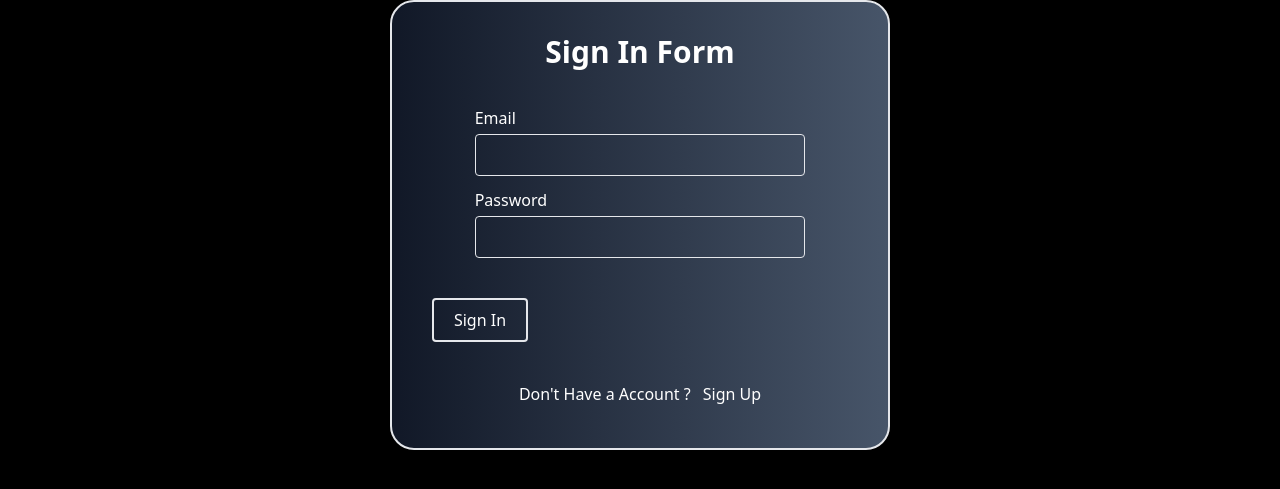
Repository: OmkarTidke8080/Assessment
Page: /sign-in (app in frontend/)
These files come from the project's save history. The page is drawn as it stood at one moment and after a run of saves; the edit follows.
The browser window is 1280 px wide. The pictures show the whole page.
The project was rebuilt for these pictures with package versions that can differ from the ones it lists, and the page was loaded fresh each time. Also part of the build but not shown: frontend/vite.config.js, frontend/src/components/HomePage.jsx, frontend/src/components/SignUp.jsx.

Above is the page before, as saved 2024-10-19 22:26:08.

After the next 3 saves:
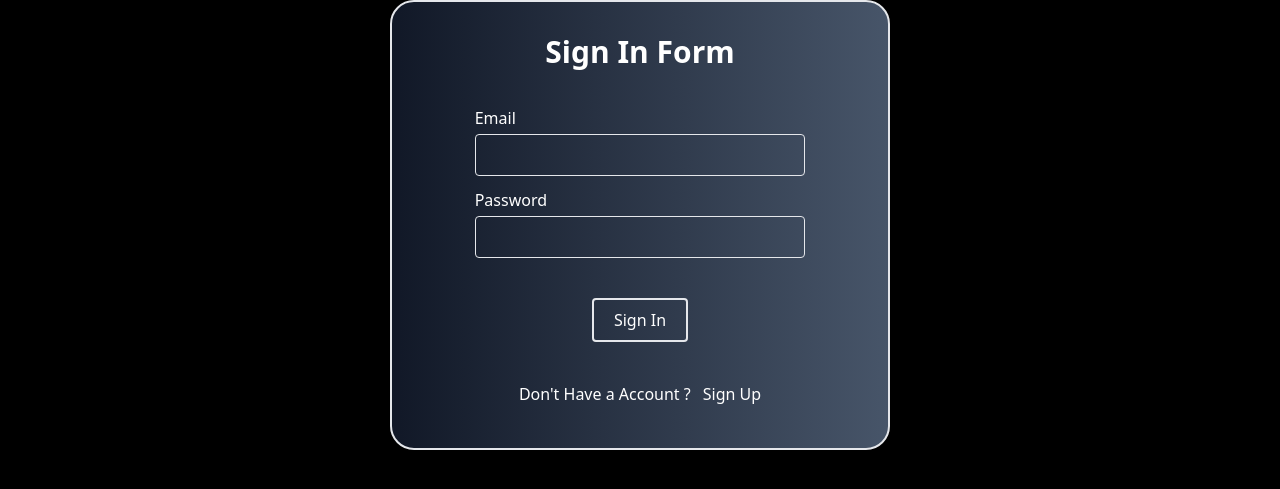
The 3 saves are shown as one change because they came seconds apart.
The last was saved 27 s later.
--- a/frontend/src/components/SignIn.jsx
+++ b/frontend/src/components/SignIn.jsx
@@ -38,7 +38,7 @@ function SignIn() {
                 </div>
               </div>
 
-              <div className="sign-up-button m-10">
+              <div className="sign-up-button flex justify-center m-10">
                 <button className="border-2 rounded p-2 w-24 hover:border-green-700 ">
                   Sign In
                 </button>
